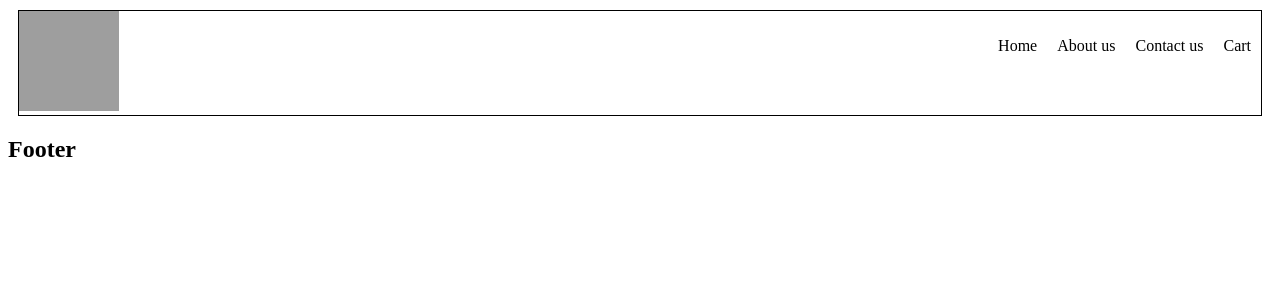
Repository: shivamv97/FOOD-VILLA-APP
Page: /
The author's editor kept a copy of each file at every save. The page is drawn from the files as they stood at one save, then again after the next save.
The browser window is 1280 px wide. The pictures show the whole page.
Pictures or frames that could not be fetched are drawn as grey boxes. The page's requests for data from a server got no answer. The project was rebuilt for these pictures with package versions that can differ from the ones it lists, and the page was loaded fresh each time. No one was signed in, and anything a server would have sent is missing. Also part of the build but not shown: src/components/RestaurantCards.js, src/components/ShimmerUI.js.

Above is the page before, as saved 2024-07-26 19:03:26.

### index.html
<!DOCTYPE html>
<html lang="en">
  <head>
    <meta charset="UTF-8" />
    <meta name="viewport" content="width=device-width, initial-scale=1.0" />
    <title>Learning REACT</title>
    <link rel="stylesheet" href="style.css" />
  </head>
  <body>
    <div id="root">Not Rendered</div>
    <!-- <script
      crossorigin
      src="https://unpkg.com/react@18/umd/react.development.js"
    ></script>
    <script
      crossorigin
      src="https://unpkg.com/react-dom@18/umd/react-dom.development.js"
    ></script> -->
    <script type="module" src="src/App.js"></script>
  </body>
</html>

### style.css
.header {
  display: flex;
  justify-content: space-between;
  margin: 10px;
  border: 1px solid black;
}
.nav-items > ul {
  list-style-type: none;
  display: flex;
}

.nav-items > ul > li {
  padding: 10px;
}
.logo {
  width: 100px;
  height: 100px;
}

.card {
  width: 255px;
  border: 1px solid black;
  padding: 10px;
  margin: 10px;
  overflow-wrap: break-word;
}

.card > img {
  width: 100%;
}

.restaurant-list {
  display: flex;
  flex-wrap: wrap;
}

### src/App.js
import React from "react";
import ReactDOM from "react-dom/client";
import HeaderComponent from "./components/Title";
import Body from "./components/Body";
import Footer from "./components/Footer";

/*
Header
   -logo
   -Nav item(right side)
   -cart
Body
   -Search bar
   -RestrauntList
     -RestrauntCard
     -Image
     -Name
     -Ratings
     -Cusines
Footer
     -Links
     -Copyrigh
*/

const AppLayout = () => {
  return (
    <>
      <HeaderComponent />
      <Body />
      <Footer />
    </>
  );
};

const root = ReactDOM.createRoot(document.getElementById("root"));

root.render(<AppLayout />); //it will override children of div element

### src/components/Title.js
const Title = () => (
  <a href="/ ">
    <img
      className="logo"
      alt="logo"
      src="https://encrypted-tbn0.gstatic.com/images?q=tbn:ANd9GcTJtFXKFKFoihdrJEvX4jBtXqfcO2kJ0KAlIg&s"
    />
  </a>
);

const HeaderComponent = () => {
  return (
    <div className="header">
      <Title />
      <div className="nav-items">
        <ul>
          <li>Home</li>
          <li>About us</li>
          <li>Contact us</li>
          <li>Cart</li>
        </ul>
      </div>
    </div>
  );
};

export default HeaderComponent;

### src/components/Body.js
import { restaurantlist } from "../config";
import RestrauntCard from "./RestaurantCards";
import { useState, useEffect } from "react";
import shimmer from "./ShimmerUI";

function filterdata(searchText, restaurants) {
  return restaurants.filter((restaurant) =>
    restaurant.info.name.includes(searchText)
  );
}

const Body = () => {
  // const searchTxt = "KFC"; //for reference...(IN JS)

  const [restaurants, setRestaurants] = useState([]); //restaurantlist
  const [searchText, setsearchText] = useState(""); //To create state variable.......(IN REACT)
  // console.log("render()");

  useEffect(() => {
    //API call
    GetRestaurants();
  }, []);

  async function GetRestaurants() {
    const data = await fetch(
      "https://www.swiggy.com/dapi/restaurants/list/v5?lat=28.7040592&lng=77.10249019999999&collection=83667"
    );
    const json = await data.json();
    console.log(json);
    //you have to make change only in line 32,in cards[i],where i is keep changing in the above api link,try from 0-11
    //it's an config-driven UI,Hence,it's Grid Element position keeps on changing.......
    setRestaurants(
      json?.data?.cards[1]?.card?.card?.gridElements?.infoWithStyle?.restaurants
    );
  }

  console.log("render");

  return restaurants.length === 0 ? (
    <shimmer />
  ) : (
    <>
      <div className="search-box">
        <input
          type="text"
          className="search-input"
          placeholder="Search"
          value={searchText}
          onChange={(e) => {
            setsearchText(e.target.value);
          }}
        />
        <button
          className="search-btn"
          onClick={() => {
            //filter the data according to need
            const data = filterdata(searchText, restaurants);
            setRestaurants(data);
            //need to update the state-restaurants
          }}
        >
          Search
        </button>
      </div>
      <div className="restaurant-list">
        {restaurants.map((restaurant) => {
          return (
            <RestrauntCard key={restaurant.info.id} {...restaurant.info} />
          );
        })}
      </div>
    </>
  );
};

export default Body;

### src/components/Footer.js
const Footer = () => {
  return <h2>Footer</h2>;
};

export default Footer;

### src/config.js
//PUT MY all Hard Coded File Here
export const Img_cdn_url =
  "https://media-assets.swiggy.com/swiggy/image/upload/fl_lossy,f_auto,q_auto,w_660/";

//Config Driven UI
export const restaurantlist = [
  //public API of Swiggy
  {
    "@type": "type.googleapis.com/swiggy.presentation.food.v2.Restaurant",
    info: {
      id: "8561",
      name: "Mughlai Junction",
      cloudinaryImageId: "tnl2yuuxi8zjbgru6iqj",
      locality: "Connaught Place",
      areaName: "Connaught Place",
      costForTwo: "₹600 for two",
      cuisines: ["Mughlai", "North Indian", "Tandoor"],
      avgRating: 4.3,
      parentId: "5354",
      avgRatingString: "4.3",
      totalRatingsString: "10K+",
      promoted: true,
      adTrackingId:
        "cid=15007607~p=0~adgrpid=15007607#ag1~mp=SWIGGY_IN~bl=FOOD~aet=RESTAURANT~aeid=8561~eid=321f01bc-98c6-405c-89d6-b18422bb8f70~srvts=1721229990431~collid=83639",
      sla: {
        deliveryTime: 37,
        lastMileTravel: 4.8,
        serviceability: "SERVICEABLE",
        slaString: "35-40 mins",
        lastMileTravelString: "4.8 km",
        iconType: "ICON_TYPE_EMPTY",
      },
      availability: {
        nextCloseTime: "2024-07-17 23:00:00",
        opened: true,
      },
      badges: {},
      isOpen: true,
      type: "F",
      badgesV2: {
        entityBadges: {
          textExtendedBadges: {},
          textBased: {},
          imageBased: {},
        },
      },
      aggregatedDiscountInfoV3: {
        header: "10% OFF",
        subHeader: "UPTO ₹35",
      },
      orderabilityCommunication: {
        title: {},
        subTitle: {},
        message: {},
        customIcon: {},
      },
      differentiatedUi: {
        displayType: "ADS_UI_DISPLAY_TYPE_ENUM_DEFAULT",
        differentiatedUiMediaDetails: {
          mediaType: "ADS_MEDIA_ENUM_IMAGE",
          lottie: {},
          video: {},
        },
      },
      reviewsSummary: {},
      displayType: "RESTAURANT_DISPLAY_TYPE_DEFAULT",
      restaurantOfferPresentationInfo: {},
      externalRatings: {
        aggregatedRating: {
          rating: "4.4",
          ratingCount: "1K+",
        },
        source: "GOOGLE",
        sourceIconImageId: "v1704440323/google_ratings/rating_google_tag",
      },
      ratingsDisplayPreference: "RATINGS_DISPLAY_PREFERENCE_SHOW_SWIGGY",
    },
    analytics: {},
    cta: {
      link: "swiggy://menu?restaurant_id=8561&source=collection&query=Biryani",
      text: "RESTAURANT_MENU",
      type: "DEEPLINK",
    },
    widgetId: "collectionV5RestaurantListWidget_SimRestoRelevance_food",
  },

  {
    "@type": "type.googleapis.com/swiggy.presentation.food.v2.Restaurant",
    info: {
      id: "817359",
      name: "Zahra Restaurant & Cafe",
      cloudinaryImageId: "asaqtuuszx7hzmxpnfpo",
      locality: "Old Delhi",
      areaName: "Old Delhi",
      costForTwo: "₹300 for two",
      cuisines: ["Indian", "Tandoor", "Kebabs", "Snacks", "Biryani"],
      avgRating: 4.3,
      parentId: "229129",
      avgRatingString: "4.3",
      totalRatingsString: "100+",
      sla: {
        deliveryTime: 29,
        lastMileTravel: 1.3,
        serviceability: "SERVICEABLE",
        slaString: "25-30 mins",
        lastMileTravelString: "1.3 km",
        iconType: "ICON_TYPE_EMPTY",
      },
      availability: {
        nextCloseTime: "2024-07-17 22:59:00",
        opened: true,
      },
      badges: {},
      isOpen: true,
      type: "F",
      badgesV2: {
        entityBadges: {
          textExtendedBadges: {},
          textBased: {},
          imageBased: {},
        },
      },
      aggregatedDiscountInfoV3: {
        header: "50% OFF",
        subHeader: "UPTO ₹100",
      },
      orderabilityCommunication: {
        title: {},
        subTitle: {},
        message: {},
        customIcon: {},
      },
      differentiatedUi: {
        displayType: "ADS_UI_DISPLAY_TYPE_ENUM_DEFAULT",
        differentiatedUiMediaDetails: {
          mediaType: "ADS_MEDIA_ENUM_IMAGE",
          lottie: {},
          video: {},
        },
      },
      reviewsSummary: {},
      displayType: "RESTAURANT_DISPLAY_TYPE_DEFAULT",
      restaurantOfferPresentationInfo: {},
      externalRatings: {
        aggregatedRating: {
          rating: "--",
        },
      },
      ratingsDisplayPreference: "RATINGS_DISPLAY_PREFERENCE_SHOW_SWIGGY",
    },
    analytics: {},
    cta: {
      link: "swiggy://menu?restaurant_id=817359&source=collection&query=Biryani",
      text: "RESTAURANT_MENU",
      type: "DEEPLINK",
    },
    widgetId: "collectionV5RestaurantListWidget_SimRestoRelevance_food",
  },

  {
    "@type": "type.googleapis.com/swiggy.presentation.food.v2.Restaurant",
    info: {
      id: "81523",
      name: "Amma Mess",
      cloudinaryImageId: "a09jpzja1zusso85bbmz",
      locality: "Karol Bagh",
      areaName: "Karol Bagh",
      costForTwo: "₹300 for two",
      cuisines: ["South Indian"],
      avgRating: 4.5,
      parentId: "15687",
      avgRatingString: "4.5",
      totalRatingsString: "10K+",
      promoted: true,
      adTrackingId:
        "cid=15010070~p=1~adgrpid=15010070#ag1~mp=SWIGGY_IN~bl=FOOD~aet=RESTAURANT~aeid=81523~eid=b2807d99-426d-4265-8bac-9448c8101a5f~srvts=1721229990431~collid=83639",
      sla: {
        deliveryTime: 37,
        lastMileTravel: 6.3,
        serviceability: "SERVICEABLE",
        slaString: "35-40 mins",
        lastMileTravelString: "6.3 km",
        iconType: "ICON_TYPE_EMPTY",
      },
      availability: {
        nextCloseTime: "2024-07-17 22:30:00",
        opened: true,
      },
      badges: {},
      isOpen: true,
      aggregatedDiscountInfoV2: {},
      type: "F",
      badgesV2: {
        entityBadges: {
          textBased: {},
          imageBased: {},
          textExtendedBadges: {},
        },
      },
      orderabilityCommunication: {
        title: {},
        subTitle: {},
        message: {},
        customIcon: {},
      },
      differentiatedUi: {
        displayType: "ADS_UI_DISPLAY_TYPE_ENUM_DEFAULT",
        differentiatedUiMediaDetails: {
          mediaType: "ADS_MEDIA_ENUM_IMAGE",
          lottie: {},
          video: {},
        },
      },
      reviewsSummary: {},
      displayType: "RESTAURANT_DISPLAY_TYPE_DEFAULT",
      restaurantOfferPresentationInfo: {},
      externalRatings: {
        aggregatedRating: {
          rating: "4.2",
          ratingCount: "1K+",
        },
        source: "GOOGLE",
        sourceIconImageId: "v1704440323/google_ratings/rating_google_tag",
      },
      ratingsDisplayPreference: "RATINGS_DISPLAY_PREFERENCE_SHOW_SWIGGY",
    },
    analytics: {},
    cta: {
      link: "swiggy://menu?restaurant_id=81523&source=collection&query=Biryani",
      text: "RESTAURANT_MENU",
      type: "DEEPLINK",
    },
    widgetId: "collectionV5RestaurantListWidget_SimRestoRelevance_food",
  },

  {
    "@type": "type.googleapis.com/swiggy.presentation.food.v2.Restaurant",
    info: {
      id: "144716",
      name: "Mughlai Invitation",
      cloudinaryImageId: "a4530760ed2ff35b487605618cc6dc45",
      areaName: "Chandni Chowk",
      costForTwo: "₹200 for two",
      cuisines: ["Indian", "Mughlai", "Biryani", "Sweets"],
      avgRating: 4.6,
      parentId: "141076",
      avgRatingString: "4.6",
      totalRatingsString: "100+",
      sla: {
        deliveryTime: 30,
        lastMileTravel: 1.5,
        serviceability: "SERVICEABLE",
        slaString: "30-35 mins",
        lastMileTravelString: "1.5 km",
        iconType: "ICON_TYPE_EMPTY",
      },
      availability: {
        nextCloseTime: "2024-07-17 22:59:00",
        opened: true,
      },
      badges: {},
      isOpen: true,
      aggregatedDiscountInfoV2: {},
      type: "F",
      badgesV2: {
        entityBadges: {
          textExtendedBadges: {},
          textBased: {},
          imageBased: {},
        },
      },
      orderabilityCommunication: {
        title: {},
        subTitle: {},
        message: {},
        customIcon: {},
      },
      differentiatedUi: {
        displayType: "ADS_UI_DISPLAY_TYPE_ENUM_DEFAULT",
        differentiatedUiMediaDetails: {
          mediaType: "ADS_MEDIA_ENUM_IMAGE",
          lottie: {},
          video: {},
        },
      },
      reviewsSummary: {},
      displayType: "RESTAURANT_DISPLAY_TYPE_DEFAULT",
      restaurantOfferPresentationInfo: {},
      externalRatings: {
        aggregatedRating: {
          rating: "4.8",
          ratingCount: "100+",
        },
        source: "GOOGLE",
        sourceIconImageId: "v1704440323/google_ratings/rating_google_tag",
      },
      ratingsDisplayPreference: "RATINGS_DISPLAY_PREFERENCE_SHOW_SWIGGY",
    },
    analytics: {},
    cta: {
      link: "swiggy://menu?restaurant_id=144716&source=collection&query=Biryani",
      text: "RESTAURANT_MENU",
      type: "DEEPLINK",
    },
    widgetId: "collectionV5RestaurantListWidget_SimRestoRelevance_food",
  },

  {
    "@type": "type.googleapis.com/swiggy.presentation.food.v2.Restaurant",
    info: {
      id: "64321",
      name: "Southern Masala",
      cloudinaryImageId: "14527e27a298304dd07904f777372cb5",
      locality: "Karol Bagh",
      areaName: "Karol Bagh",
      costForTwo: "₹350 for two",
      cuisines: ["Andhra", "Biryani", "South Indian", "Thalis"],
      avgRating: 3.9,
      parentId: "17286",
      avgRatingString: "3.9",
      totalRatingsString: "1K+",
      promoted: true,
      adTrackingId:
        "cid=15472783~p=2~adgrpid=15472783#ag1~mp=SWIGGY_IN~bl=FOOD~aet=RESTAURANT~aeid=64321~eid=785e1ed6-7474-46a2-ba9f-4a9325d5fabc~srvts=1721229990431~collid=83639",
      sla: {
        deliveryTime: 38,
        lastMileTravel: 5,
        serviceability: "SERVICEABLE",
        slaString: "35-40 mins",
        lastMileTravelString: "5.0 km",
        iconType: "ICON_TYPE_EMPTY",
      },
      availability: {
        nextCloseTime: "2024-07-17 22:00:00",
        opened: true,
      },
      badges: {},
      isOpen: true,
      type: "F",
      badgesV2: {
        entityBadges: {
          textBased: {},
          imageBased: {},
          textExtendedBadges: {},
        },
      },
      aggregatedDiscountInfoV3: {
        header: "₹125 OFF",
        subHeader: "ABOVE ₹199",
        discountTag: "FLAT DEAL",
      },
      orderabilityCommunication: {
        title: {},
        subTitle: {},
        message: {},
        customIcon: {},
      },
      differentiatedUi: {
        displayType: "ADS_UI_DISPLAY_TYPE_ENUM_DEFAULT",
        differentiatedUiMediaDetails: {
          mediaType: "ADS_MEDIA_ENUM_IMAGE",
          lottie: {},
          video: {},
        },
      },
      reviewsSummary: {},
      displayType: "RESTAURANT_DISPLAY_TYPE_DEFAULT",
      restaurantOfferPresentationInfo: {},
      externalRatings: {
        aggregatedRating: {
          rating: "4.1",
          ratingCount: "100+",
        },
        source: "GOOGLE",
        sourceIconImageId: "v1704440323/google_ratings/rating_google_tag",
      },
      ratingsDisplayPreference: "RATINGS_DISPLAY_PREFERENCE_SHOW_SWIGGY",
    },
    analytics: {},
    cta: {
      link: "swiggy://menu?restaurant_id=64321&source=collection&query=Biryani",
      text: "RESTAURANT_MENU",
      type: "DEEPLINK",
    },
    widgetId: "collectionV5RestaurantListWidget_SimRestoRelevance_food",
  },
];

After the next save:
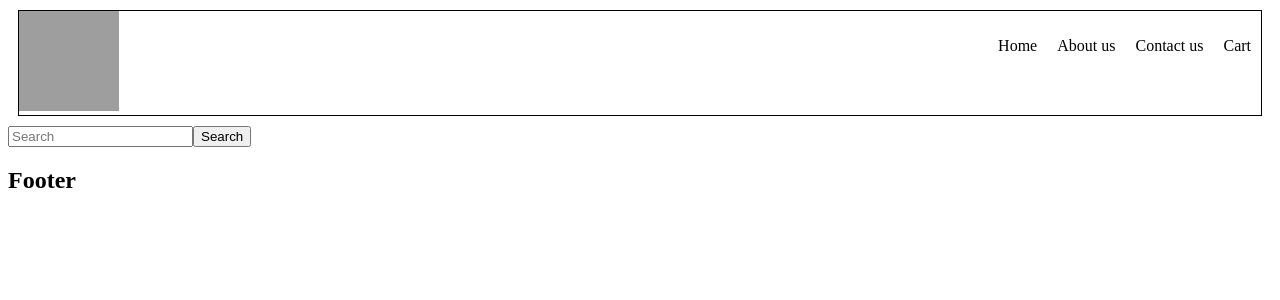
Saved 37 s later.
--- a/src/components/Body.js
+++ b/src/components/Body.js
@@ -36,7 +36,7 @@
 
   console.log("render");
 
-  return restaurants.length === 0 ? (
+  return restaurants.length > 0 ? (
     <shimmer />
   ) : (
     <>

After the 2 saves that followed:
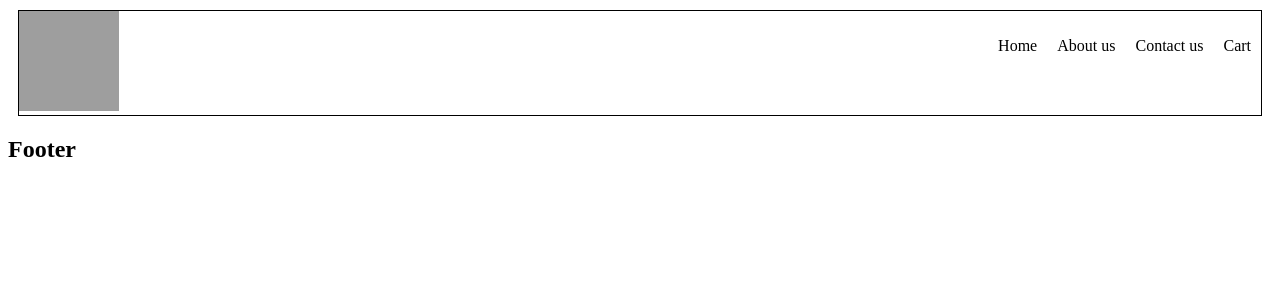
The 2 saves are shown as one change because they came seconds apart.
The last was saved 26 s later.
--- a/src/components/Body.js
+++ b/src/components/Body.js
@@ -36,7 +36,7 @@
 
   console.log("render");
 
-  return restaurants.length > 0 ? (
+  return restaurants.length === 0 ? (
     <shimmer />
   ) : (
     <>
